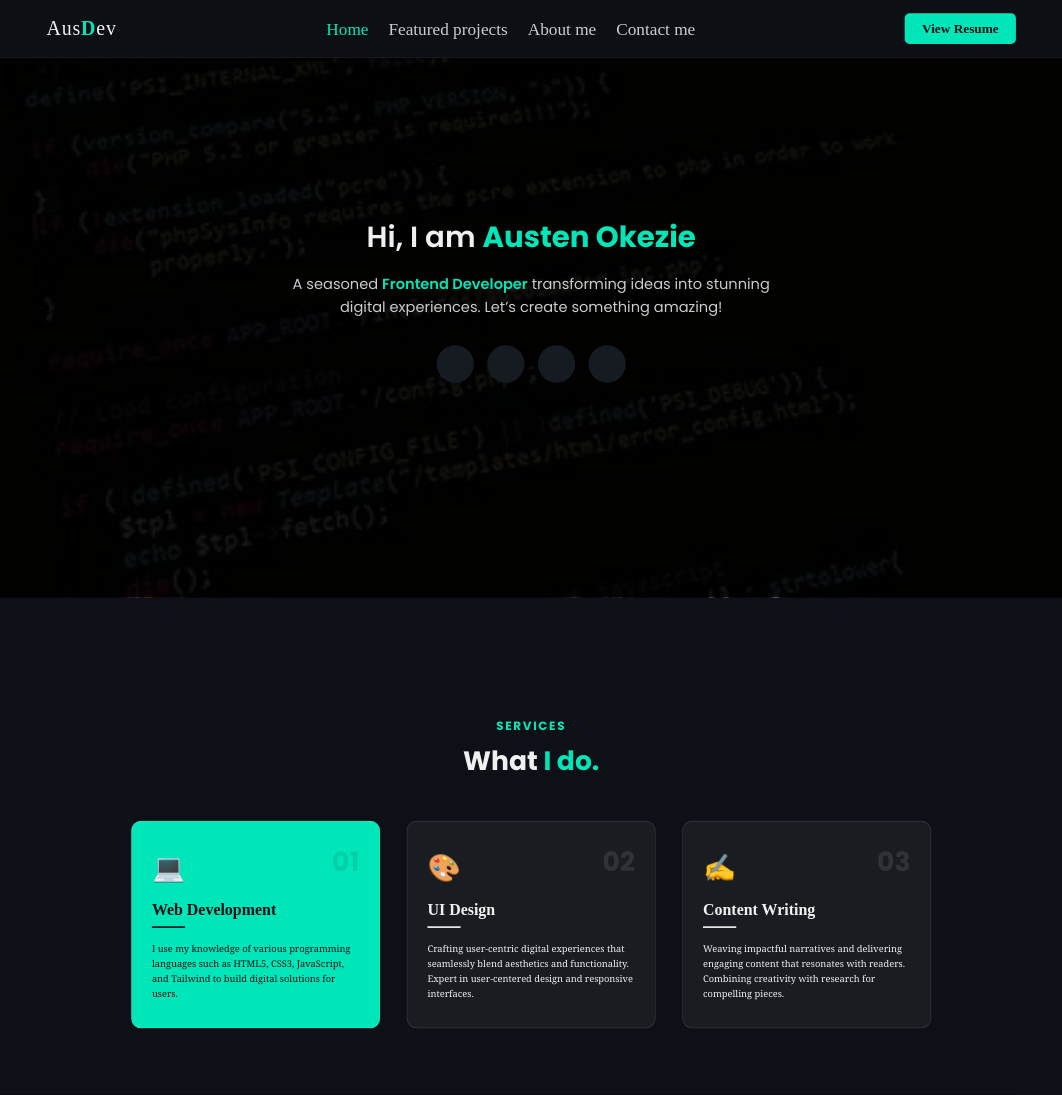
Repository: Austinokezie/Myportfolio
Page: index.html
These files come from the project's save history. The page is drawn as it stood at one moment and after the next save; the edit follows.
The browser window is 1280 px wide. The pictures show the whole page, at 83% of full size.
Some web fonts or font styles are not loaded; a fallback is used.

Above is the page before, as saved 2025-10-14 14:23:49.

After the next save:
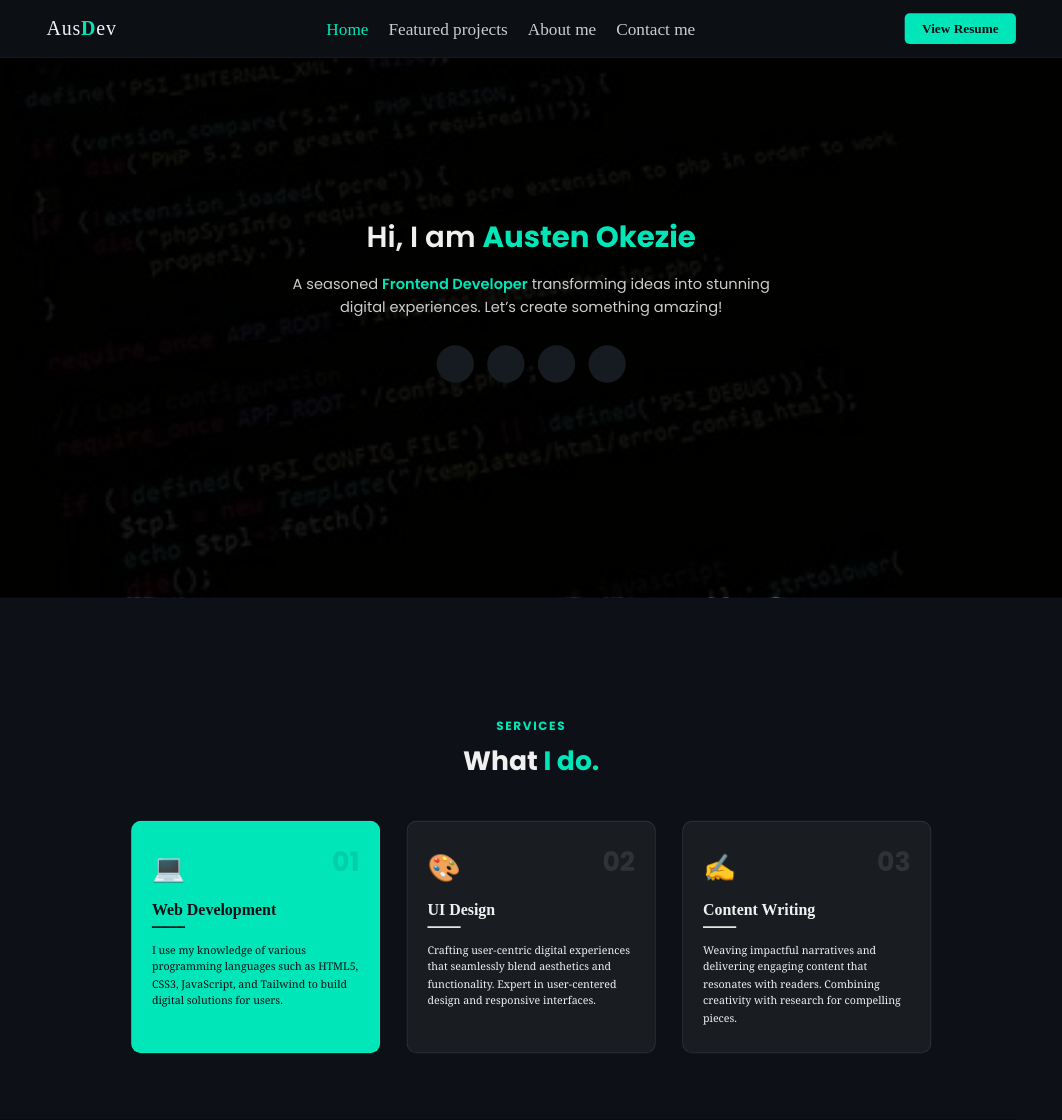
Saved 8 s later.
--- a/style.css
+++ b/style.css
@@ -338,7 +338,7 @@ header {
 }
 
 .service-card p {
-  font-size: 0.7rem;
+  font-size: 0.8rem;
   line-height: 1.6;
   font-family: Georgia, 'Times New Roman', Times, serif;
 }
